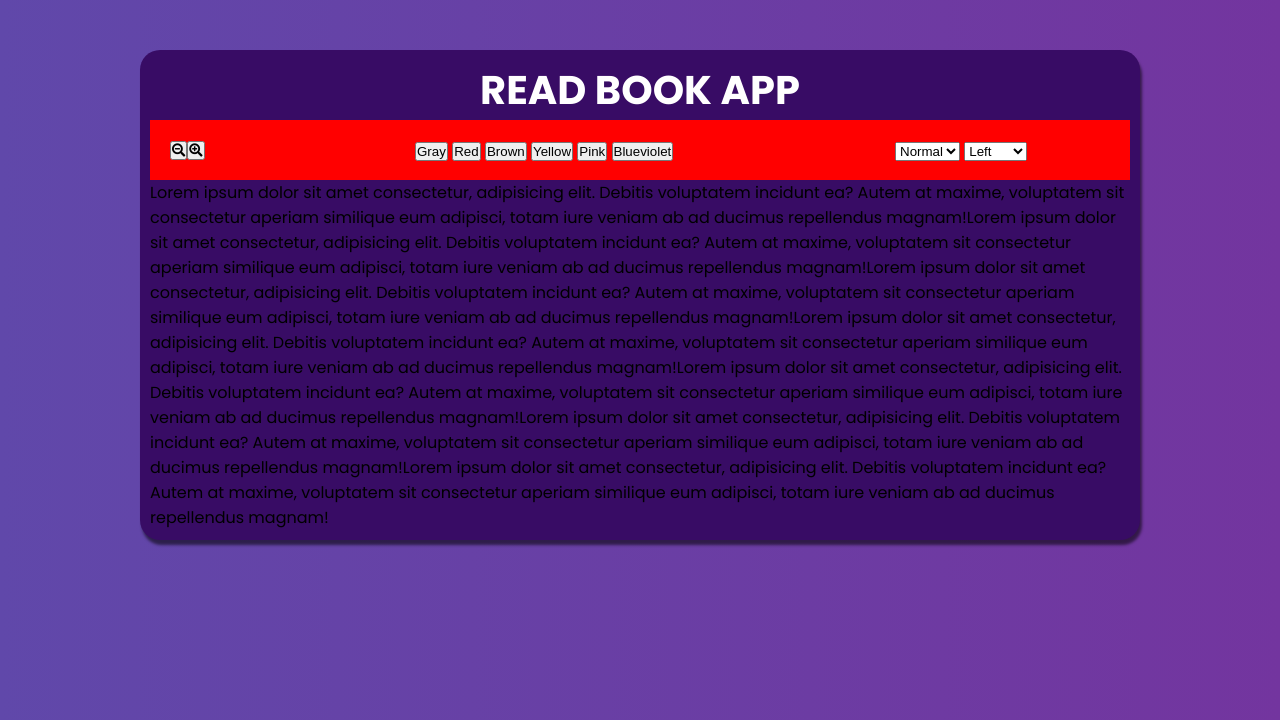
Repository: dinhconglam2306/frontend_tu_xa
Page: b09/02-reading-info/index.html
These files come from the project's save history. The page is drawn as it stood at one moment and after the next save; the edit follows.
The browser window is 1280 px wide. The pictures show the whole page.
Some web libraries are served in a nearby version. The style sheet was rebuilt from its Sass, Less or Tailwind sources for each picture, by a compiler version that may differ from the author's.

Above is the page before, as saved 2021-04-25 06:17:39.

After the next save:
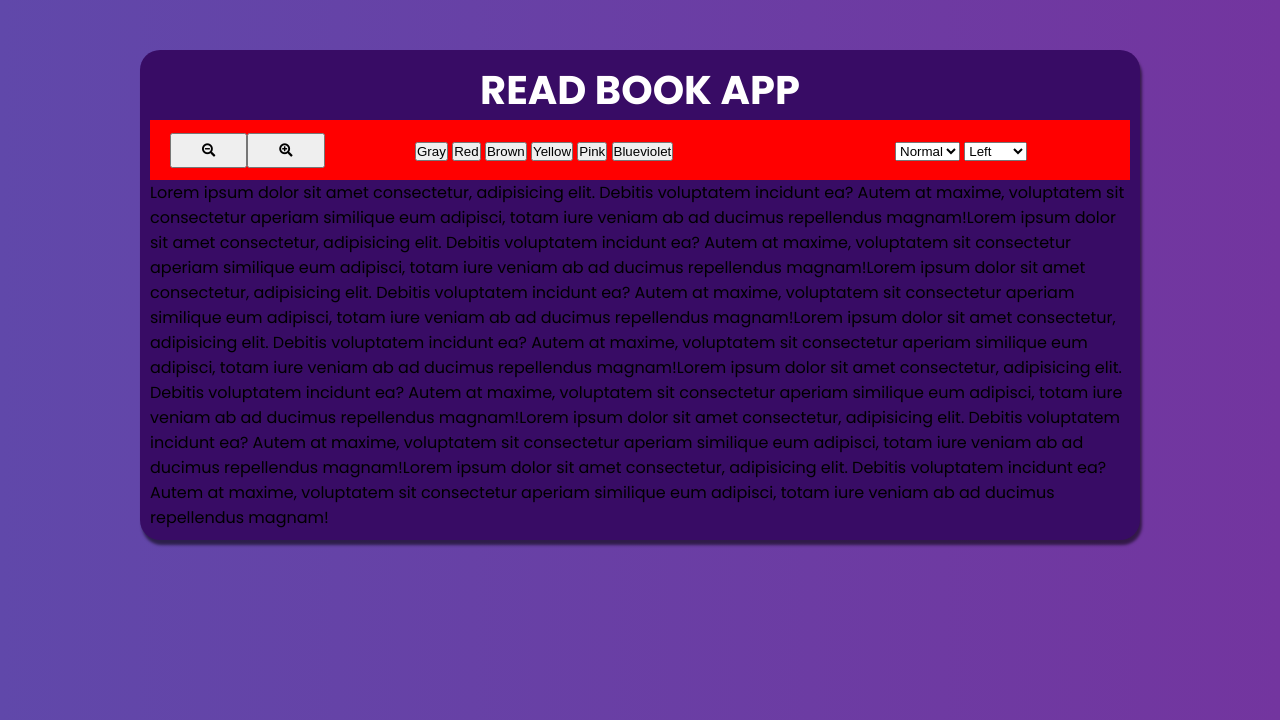
Saved 98 s later.
--- a/b09/02-reading-info/style.scss
+++ b/b09/02-reading-info/style.scss
@@ -67,6 +67,9 @@ img {
       width: calc(25% - 2rem);
       display: flex;
       align-items: center;
+      &__button {
+        padding: 0.8rem 3rem;
+      }
     }
     &-bg {
       width: calc(50% - 2rem);
